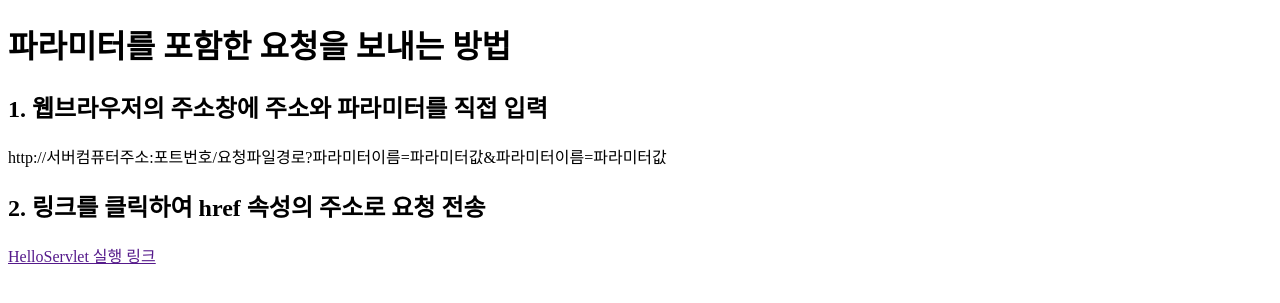
Repository: gywjd848/jeongblog
Page: workspace/exweb/WebContent/param.html
The author's editor kept a copy of each file at every save. The page is drawn from the files as they stood at one save, then again after the next save.
The browser window is 1280 px wide. The pictures show the whole page.

Above is the page before, as saved 2020-05-15 01:35:10.

### workspace/exweb/WebContent/param.html
<!DOCTYPE html>
<html>
<head>
<meta charset="UTF-8">
<title>파라미터 테스트</title>
</head>
<body>
	<h1>파라미터를 포함한 요청을 보내는 방법</h1>
	<h2>1. 웹브라우저의 주소창에 주소와 파라미터를 직접 입력</h2>
	<div>http://서버컴퓨터주소:포트번호/요청파일경로?파라미터이름=파라미터값&파라미터이름=파라미터값</div>
	<h2>2. 링크를 클릭하여 href 속성의 주소로 요청 전송</h2>
	<div>
		<a href="">HelloServlet 실행 링크</a>
	</div>
</body>
</html>

After the next save:
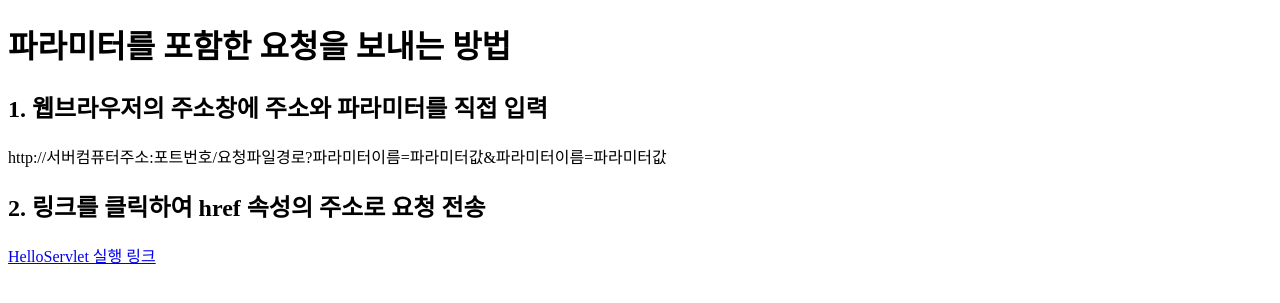
Saved 72 s later.
--- a/workspace/exweb/WebContent/param.html
+++ b/workspace/exweb/WebContent/param.html
@@ -10,7 +10,7 @@
 	<div>http://서버컴퓨터주소:포트번호/요청파일경로?파라미터이름=파라미터값&파라미터이름=파라미터값</div>
 	<h2>2. 링크를 클릭하여 href 속성의 주소로 요청 전송</h2>
 	<div>
-		<a href="">HelloServlet 실행 링크</a>
+		<a href="http://localhost:8000/exweb/hello.do?a=hello&b=포로리">HelloServlet 실행 링크</a>
 	</div>
 </body>
 </html>
